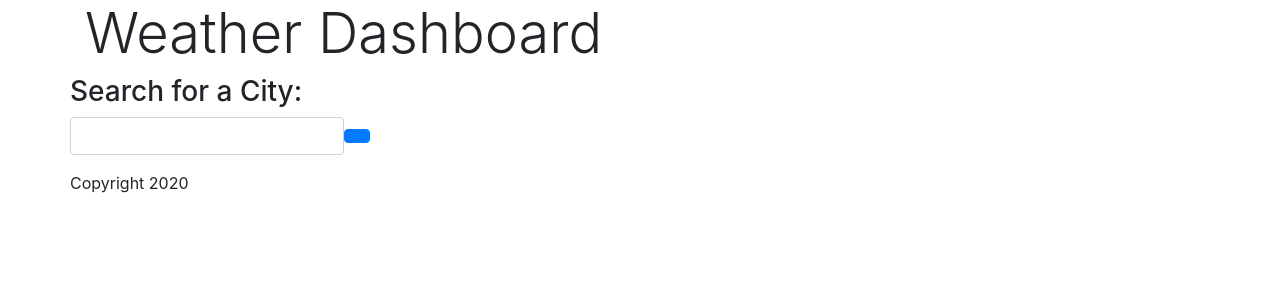
Repository: LaBrewT2/weather-dashboard
Page: index.html
These files come from the project's save history. The page is drawn as it stood at one moment and after a run of saves; the edit follows.
The browser window is 1280 px wide. The pictures show the whole page.
Some web libraries are served in a nearby version.

Above is the page before, as saved 2021-01-03 19:56:47.

After the next 2 saves:
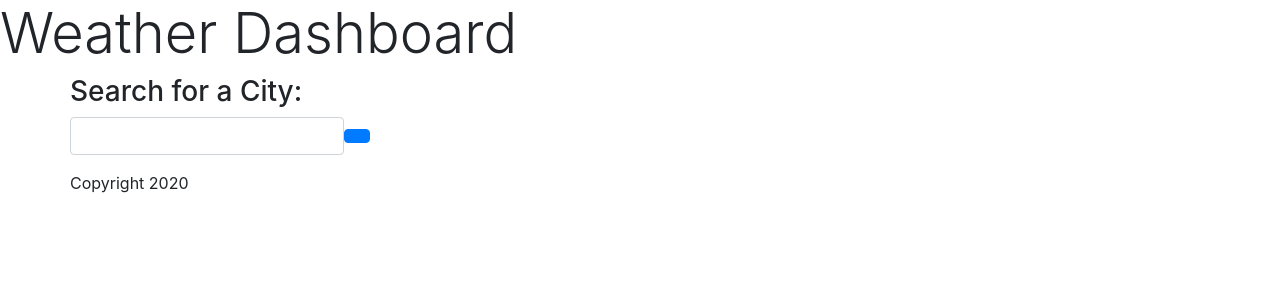
The 2 saves are shown as one change because they came seconds apart.
The last was saved 68 s later.
--- a/index.html
+++ b/index.html
@@ -17,9 +17,7 @@
 <body>
 <!--Page Header -->
 <div class="jumbotron-fluid">
-  <div class="container">
-    <h1 class="display-4">Weather Dashboard </h1>
-  </div>
+   <h1 class="display-4">Weather Dashboard </h1>
 </div>
 
 <!-- Page main container with rows -->
